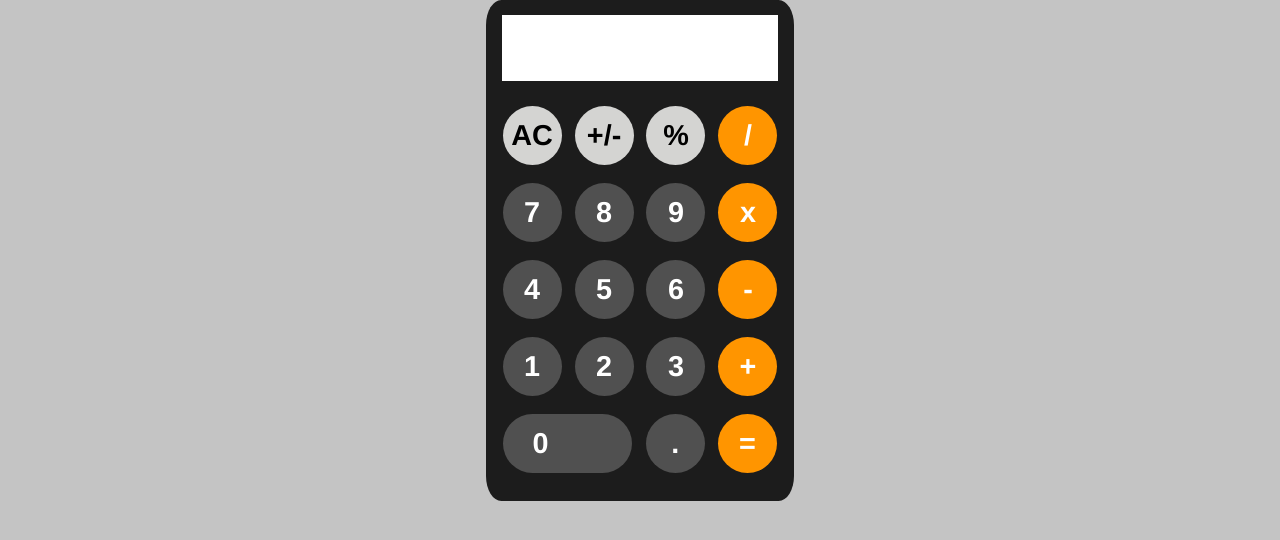
Repository: raulpenate/Calculadora-VUE3
Page: /
An editor plug-in stored every save of this project. The page is shown before and after a run of saves, followed by the edit.
The browser window is 1280 px wide. The pictures show the whole page.
The project was rebuilt for these pictures with package versions that can differ from the ones it lists, and the page was loaded fresh each time. Also part of the build but not shown: src/components/HelloWorld.vue.

Above is the page before, as saved 2022-03-11 11:17:22.

### src/App.vue
<template>
  <HelloWorld msg="Welcome to Your Vue.js App"/>
  <Calculator/>
</template>

<script>
import HelloWorld from './components/HelloWorld.vue'
import Calculator from './components/Calculator.vue'

export default {
  name: 'App',
  components: {
    Calculator
  }
}
</script>

<style>
#app {
  font-family: Avenir, Helvetica, Arial, sans-serif;
}
</style>

### src/components/Calculator.vue
<template>
  <div class="carcasa">
    <div class="pantalla">
        <input class="pantallainterna" type="number" name="numero">
    </div>
        <div class="fila">
        <div class="boton gris">AC</div>
        <div class="boton gris">+/-</div>
        <div class="boton gris">%</div>
        <div class="boton orange">/</div>
    </div>
    <div class="fila">
        <div class="boton">7</div>
        <div class="boton">8</div>
        <div class="boton">9</div>
        <div class="boton orange">x</div>
    </div>
    <div class="fila">
        <div class="boton">4</div>
        <div class="boton">5</div>
        <div class="boton">6</div>
        <div class="boton orange">-</div>
    </div>
    <div class="fila">
        <div class="boton">1</div>
        <div class="boton">2</div>
        <div class="boton">3</div>
        <div class="boton orange">+</div>
    </div>
    <div class="fila final">
        <div class="boton grande">0</div>
        <div class="boton">.</div>
        <div class="boton orange">=</div>
    </div>
  </div>
</template>

<script>
export default {};
</script>

<style>
*{
    padding: 0;
    margin: 0;
    box-sizing: border-box;
}

body{
    background: #c4c4c4;
    margin: auto 38%;
}

/* CARCASA */

.carcasa{
    background: #1C1C1C;
    display: flex;
    flex-flow: wrap;
    justify-content: space-between;
    border-radius: 5%;
}

/* PANTALLA */

.pantalla{
    padding: 5%;
    display: flex;
    flex-wrap: wrap;
    align-content: stretch;
    width: 100%;
}

.pantallainterna{
    display: inline-block;
    position: relative;
    width: 100%;
    /* background: #1C1C1C;
    color: #FFFFFF; */
    outline: none;
    border: none;
    text-align: right;
    font-size: 8vh;
}

input[type=number]::-webkit-inner-spin-button,
input[type=number]::-webkit-outer-spin-button {
  -webkit-appearance: none;
  margin: 0;
}

/* BOTONES */

.fila{
    width: 100%;
    font-weight: bold;
    display: flex;
    flex-flow: wrap row;
    justify-content: space-evenly;
    margin: 2%;
}

.boton{
    background: #505050;
    color: #FFFFFF;
    width: 20px;
    height: 20px;
    position: relative;
    font-size: 4vh;
    padding: 10%;
    display: flex;
    justify-content: center;
    align-items: center;
    border-radius: 50%;
    margin: 1%;
}

.orange{
    background:#FF9500;
}

.gris{
    background: #D4D4D2;
    color: #000;
}

.boton:hover{
    background: rgba(255,255,255, 0.4);
}

.orange:hover{
    background: rgba(247, 127, 72, 0.9);
}

.inicio{
    margin-top: 1%;
}

.final{
    margin-bottom: 8%;
}

.grande{
    flex-grow: 0.70;
    border-radius: 50px;
    display: flex;
    justify-content: start;
}

</style>

Loaded but not shown: public/index.html (common file); src/main.js (common file)

After the next 2 saves:
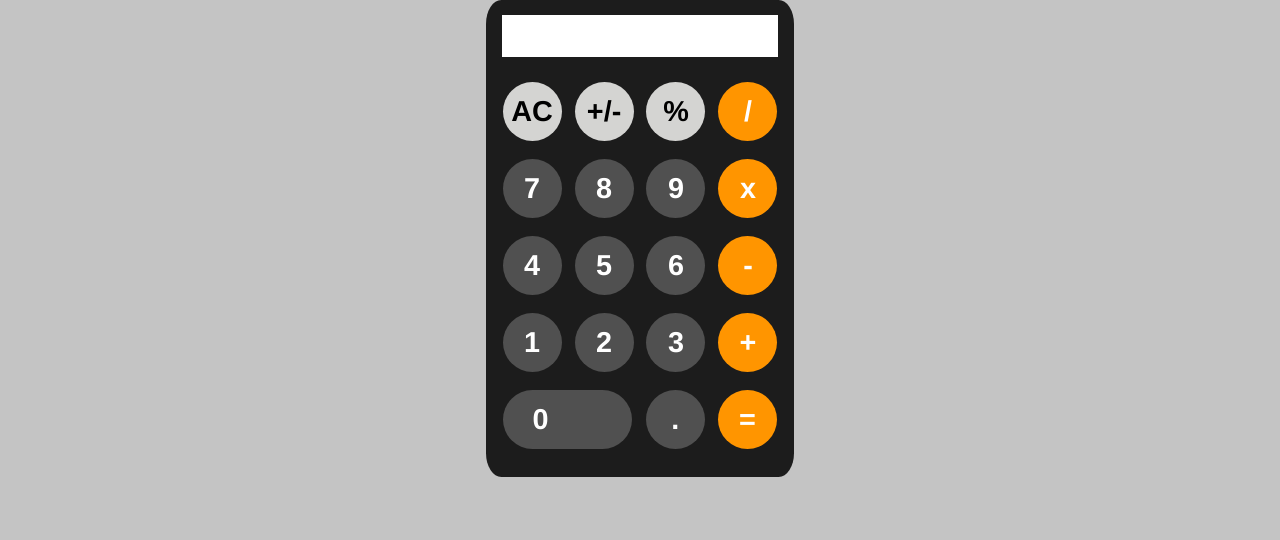
The 2 saves are shown as one change because they came seconds apart.
The last was saved 15 s later.
--- a/src/components/Calculator.vue
+++ b/src/components/Calculator.vue
@@ -80,7 +80,7 @@
     outline: none;
     border: none;
     text-align: right;
-    font-size: 8vh;
+    font-size: 5vh;
 }
 
 input[type=number]::-webkit-inner-spin-button,

After the save that followed:
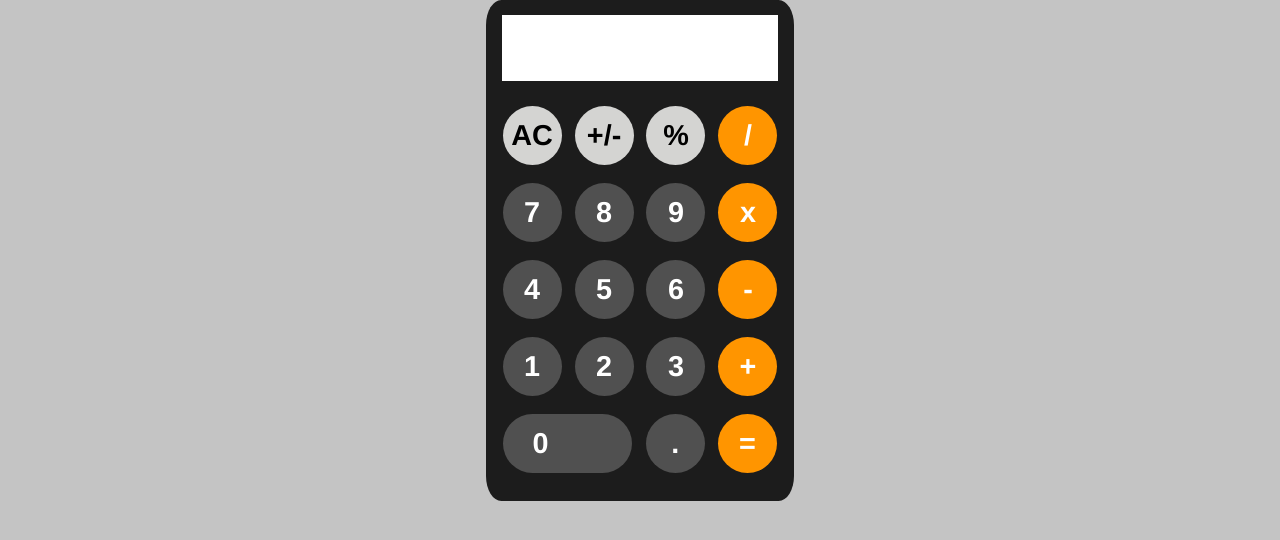
Saved 8 s later.
--- a/src/components/Calculator.vue
+++ b/src/components/Calculator.vue
@@ -80,7 +80,7 @@
     outline: none;
     border: none;
     text-align: right;
-    font-size: 5vh;
+    font-size: 8vh;
 }
 
 input[type=number]::-webkit-inner-spin-button,
